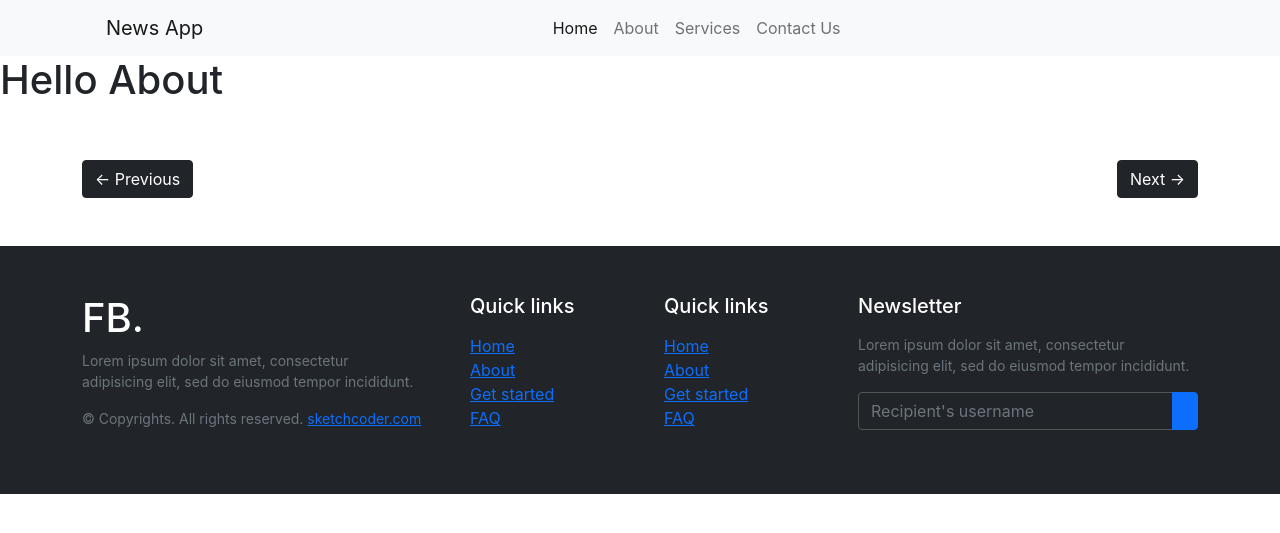
Repository: ZainAkbar51214/News-Site
Page: /about
These files come from the project's save history. The page is drawn as it stood at one moment and after the next save; the edit follows.
The browser window is 1280 px wide. The pictures show the whole page.
The page's requests for data from a server got no answer. The project was rebuilt for these pictures with package versions that can differ from the ones it lists, and the page was loaded fresh each time. A package was used in the major version that the imports need, not the one package.json lists. No one was signed in, and anything a server would have sent is missing. Also part of the build but not shown: src/Components/pages/Home.jsx, src/App.css, src/Components/Layouts/NewsItem.js.

Above is the page before, as saved 2023-12-18 00:09:40.

### public/index.html
<!DOCTYPE html>
<html lang="en">
  <head>
    <meta charset="utf-8" />
    <link rel="icon" href="%PUBLIC_URL%/favicon.ico" />
    <meta name="viewport" content="width=device-width, initial-scale=1" />
    <meta name="theme-color" content="#000000" />
    <meta
      name="description"
      content="Web site created using create-react-app"
    />
    <link rel="apple-touch-icon" href="%PUBLIC_URL%/logo192.png" />

    <link rel="manifest" href="%PUBLIC_URL%/manifest.json" />

    <title>News App</title>
    <!-- Bootstrap cdn -->
    <link href="https://cdn.jsdelivr.net/npm/bootstrap@5.0.2/dist/css/bootstrap.min.css" rel="stylesheet" integrity="sha384-EVSTQN3/azprG1Anm3QDgpJLIm9Nao0Yz1ztcQTwFspd3yD65VohhpuuCOmLASjC" crossorigin="anonymous">
  </head>
  <body>
    <noscript>You need to enable JavaScript to run this app.</noscript>
    <div id="root"></div>


    <!-- Bootstrap Script -->
    <script src="https://cdn.jsdelivr.net/npm/@popperjs/core@2.9.2/dist/umd/popper.min.js" integrity="sha384-IQsoLXl5PILFhosVNubq5LC7Qb9DXgDA9i+tQ8Zj3iwWAwPtgFTxbJ8NT4GN1R8p" crossorigin="anonymous"></script>
<script src="https://cdn.jsdelivr.net/npm/bootstrap@5.0.2/dist/js/bootstrap.min.js" integrity="sha384-cVKIPhGWiC2Al4u+LWgxfKTRIcfu0JTxR+EQDz/bgldoEyl4H0zUF0QKbrJ0EcQF" crossorigin="anonymous"></script>
  </body>
</html>

### src/App.js
import React from "react";
import {
  BrowserRouter,
  Routes,
  Route
} from "react-router-dom";
import Home from './Components/pages/Home';
import Navbar from './Components/Header/Navbar';
import Footer from './Components/Footer/Footer';
import About from "./Components/pages/About";
import News from "./Components/Layouts/News";

function App() {
  return (
    <BrowserRouter>
      <Navbar />
        <Routes>
          <Route path="/" element={<Home />}></Route>
          <Route path="/about" element={<About />}></Route>
        </Routes>
        <News />
      <Footer />
  </BrowserRouter>
  );
}

export default App;

### src/Components/Header/Navbar.jsx
import React, { Component } from 'react';
import { Link } from 'react-router-dom';

class Navbar extends Component {
    render() {
        return (
            <div>
                <div className="container-fluid bg-light">
                <div className="container">
                    <div className="row">
                        <div className="col-md-12">
                            <nav className="navbar navbar-expand-lg navbar-light">
                                <div className="container-fluid">
                                    <Link className="navbar-brand" to="/">News App</Link>
                                    <button className="navbar-toggler" type="button" data-bs-toggle="collapse" data-bs-target="#navbarSupportedContent" aria-controls="navbarSupportedContent" aria-expanded="false" aria-label="Toggle navigation">
                                        <span className="navbar-toggler-icon"></span>
                                    </button>
                                    <div className="collapse navbar-collapse" id="navbarSupportedContent">
                                        <ul className="navbar-nav mx-auto mb-2 mb-lg-0">
                                            <li className="nav-item">
                                                <Link className="nav-link active" aria-current="page" to="/">Home</Link>
                                            </li>
                                            <li className="nav-item">
                                                <Link className="nav-link" to="/about">About</Link>
                                            </li>
                                            <li className="nav-item">
                                                <Link className="nav-link" to="/services">Services</Link>
                                            </li>
                                            <li className="nav-item">
                                                <Link className="nav-link" to="/contact-us">Contact Us</Link>
                                            </li>
                                        </ul>
                                    </div>
                                </div>
                            </nav>
                        </div>
                    </div>
                </div>
            </div>
            </div>
        );
    }
}

export default Navbar;

### src/Components/Footer/Footer.jsx
import React from "react";
import { Link } from "react-router-dom";
import '../Footer/Footer.css';

const Navbar = () => {
    return (
        <>
            <div className="d-flex flex-column h-100">
                {/* <!-- FOOTER --> */}
                <footer className="w-100 py-4 flex-shrink-0">
                    <div className="container py-4">
                        <div className="row gy-4 gx-5">
                            <div className="col-lg-4 col-md-6">
                                <h5 className="h1 text-white">FB.</h5>
                                <p className="small text-muted">Lorem ipsum dolor sit amet, consectetur adipisicing elit, sed do eiusmod tempor incididunt.</p>
                                <p className="small text-muted mb-0">&copy; Copyrights. All rights reserved. <Link className="text-primary" to="https://sketchcoder.com" target="_blank">sketchcoder.com</Link></p>
                            </div>
                            <div className="col-lg-2 col-md-6">
                                <h5 className="text-white mb-3">Quick links</h5>
                                <ul className="list-unstyled text-muted">
                                    <li><Link to="#">Home</Link></li>
                                    <li><Link to="#">About</Link></li>
                                    <li><Link to="#">Get started</Link></li>
                                    <li><Link to="#">FAQ</Link></li>
                                </ul>
                            </div>
                            <div className="col-lg-2 col-md-6">
                                <h5 className="text-white mb-3">Quick links</h5>
                                <ul className="list-unstyled text-muted">
                                    <li><Link to="#">Home</Link></li>
                                    <li><Link to="#">About</Link></li>
                                    <li><Link to="#">Get started</Link></li>
                                    <li><Link to="#">FAQ</Link></li>
                                </ul>
                            </div>
                            <div className="col-lg-4 col-md-6">
                                <h5 className="text-white mb-3">Newsletter</h5>
                                <p className="small text-muted">Lorem ipsum dolor sit amet, consectetur adipisicing elit, sed do eiusmod tempor incididunt.</p>
                                <form action="#">
                                    <div className="input-group mb-3">
                                        <input className="form-control" type="text" placeholder="Recipient's username" aria-label="Recipient's username" aria-describedby="button-addon2" />
                                        <button className="btn btn-primary" id="button-addon2" type="button"><i className="fas fa-paper-plane"></i></button>
                                    </div>
                                </form>
                            </div>
                        </div>
                    </div>
                </footer>
            </div>
        </>
    )
}

export default Navbar;

### src/Components/pages/About.jsx
import React, { Component } from 'react';

class About extends Component {
    render() {
        return (
            <div>
                <h1>Hello About</h1>
            </div>
        );
    }
}

export default About;

### src/Components/Layouts/News.js
import React, { Component } from 'react';
import NewsItem from './NewsItem';

class News extends Component {

    constructor(){
        super();
        this.state = {
            articles: [],
            loading: false
        }
    }

    async componentDidMount(){
        let url = "https://newsapi.org/v2/top-headlines?apiKey=ad02bf3d34a0416cb244eb374fced0bb&q=news";
        let data = await fetch(url);
        let passData = await data.json();
        console.log(passData);
        this.setState({articles: passData.articles})

    }

    handPrevClick = () => {
        console.log("prev");
    }
    handNextClick = () => {
        console.log("Next");
    }



    render() {
        return (
            <div className='container-fluid'>
                <div className='container'>
                    <div className='row'>
                        {this.state.articles.map((element) => {
                           return element.urlToImage?<div className='col-lg-4 col-md-6 mt-5' key={element.url}>
                           <NewsItem title={element.title?element.title.slice(0, 45): ""} description={element.description?element.description.slice(0, 86): ""} imageUrl={element.urlToImage} newsUrl={element.url} />
                       </div>
                       :""
                        })}

                    </div>

                   <div className='row'>
                   <div className='col-lg-12 d-flex justify-content-between mt-5 mb-5'>
                        <button disabled={this.state.page<=1} type='button' className='btn btn-dark' onClick={this.handPrevClick}>&larr; Previous</button>
                        <button type='button' className='btn btn-dark' onClick={this.handNextClick}>Next &rarr;</button>
                    </div>
                   </div>
                </div>
            </div>
        );
    }
}

export default News;

### src/Components/Footer/Footer.css
/* ==========================================
    FOR DEMO PURPOSE
  ========================================== */

  .text-small {
    font-size: 0.9rem;
  }

  .form-control {
    background: #212529;
    border-color: #545454;
  }

  .form-control:focus {
    background: #212529;
  }

  footer {
    background: #212529;
  }

Loaded but not shown: src/index.js (common file); src/index.css (common file); src/reportWebVitals.js (common file)

After the next save:
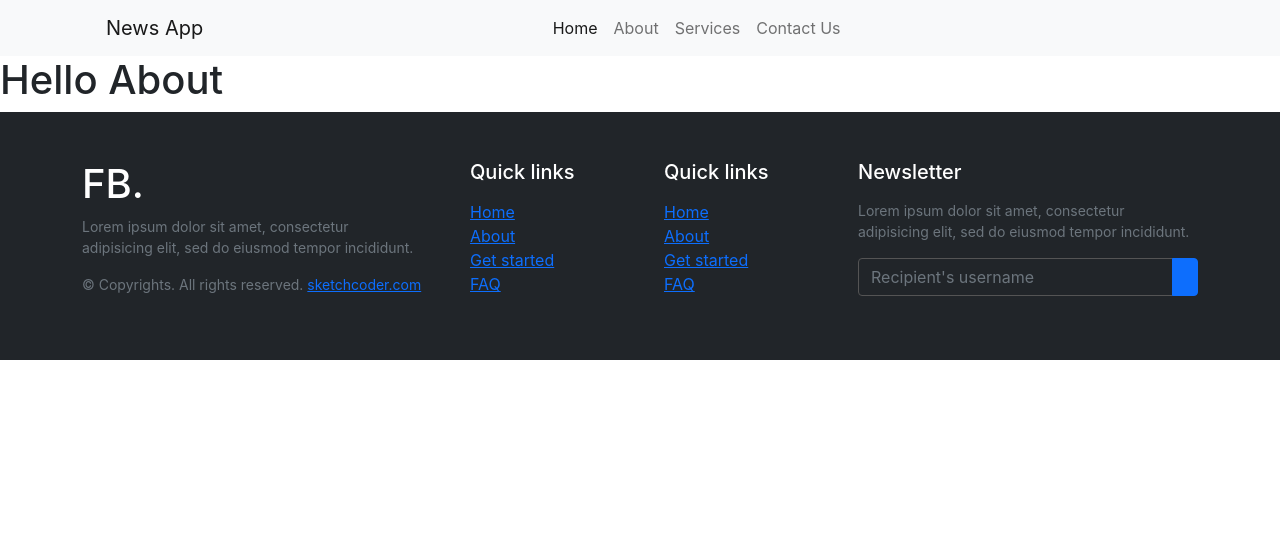
Saved 21 s later.
--- a/src/App.js
+++ b/src/App.js
@@ -18,7 +18,6 @@ function App() {
           <Route path="/" element={<Home />}></Route>
           <Route path="/about" element={<About />}></Route>
         </Routes>
-        <News />
       <Footer />
   </BrowserRouter>
   );
